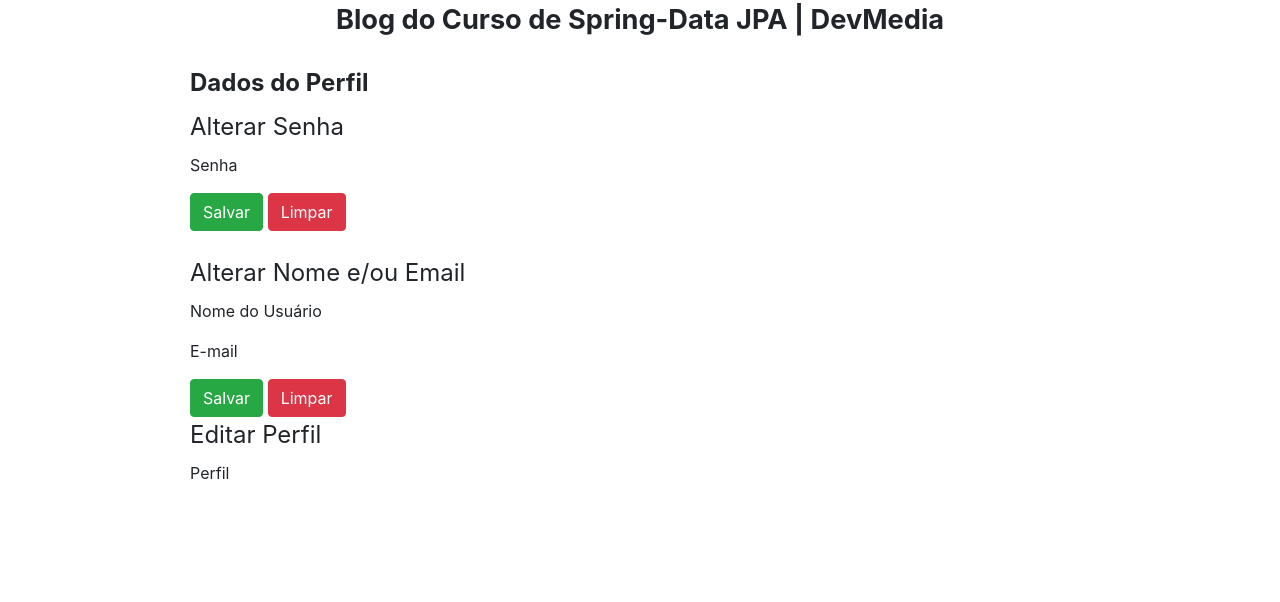
Repository: f4br1c10/Curso-Spring-Devmedia
Page: http://localhost/blog/WEB-INF/views/usuario/atualizar.jsp
An editor plug-in stored every save of this project. The page is shown before and after the next save, followed by the edit.
The browser window is 1280 px wide. The pictures show the whole page.
The page is served by Tomcat 9. Nobody is signed in. The template is opened directly, without the code that normally fills it, so the values that code supplies are empty.

Above is the page before, as saved 2019-07-10 16:28:28.

After the next save:
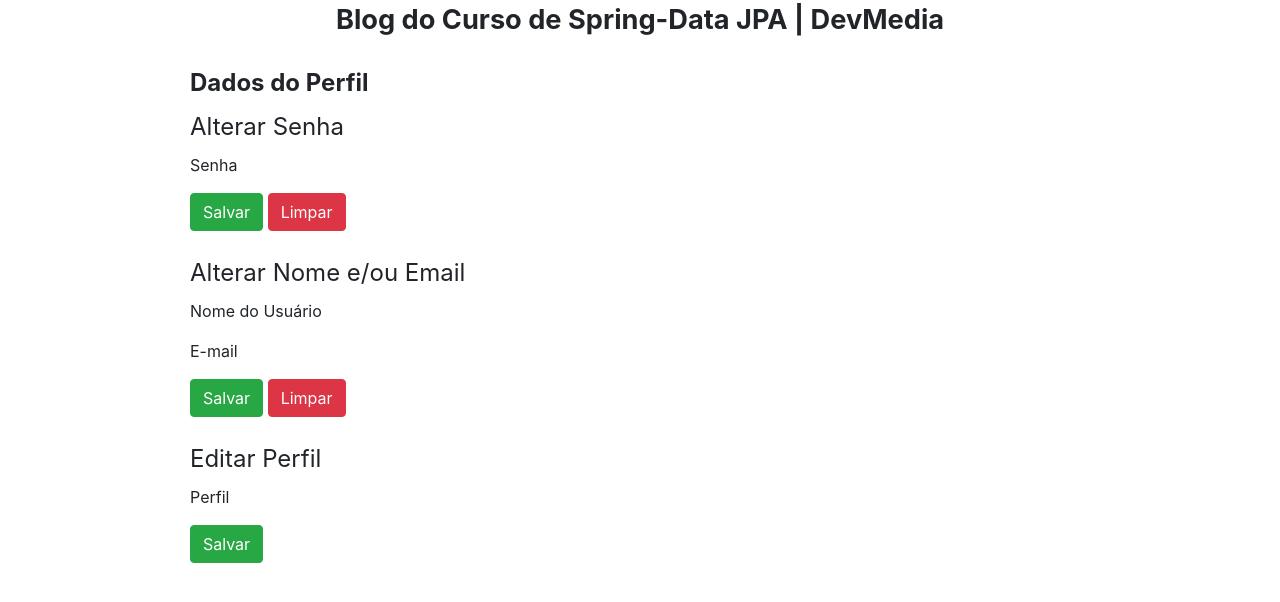
Saved 2 min 56 s later.
--- a/blog/src/main/webapp/WEB-INF/views/usuario/atualizar.jsp
+++ b/blog/src/main/webapp/WEB-INF/views/usuario/atualizar.jsp
@@ -92,6 +92,7 @@
 				</div>
 			</fieldset>
 		</form:form>
+		<br>
 		<c:url var="save" value="/usuario/update/perfil"/>
 		<form:form modelAttribute="usuario" action="${save}" method="POST">
 			<form:hidden path="id"/>
@@ -106,6 +107,9 @@
 						<form:option value="LEITOR" label="LEITOR" />
 					</form:select>
 				</div>
+				<div>
+					<button type="submit" class="btn btn-success">Salvar</button>
+				</div>
 			</fieldset>
 		</form:form>
 	</fieldset>
